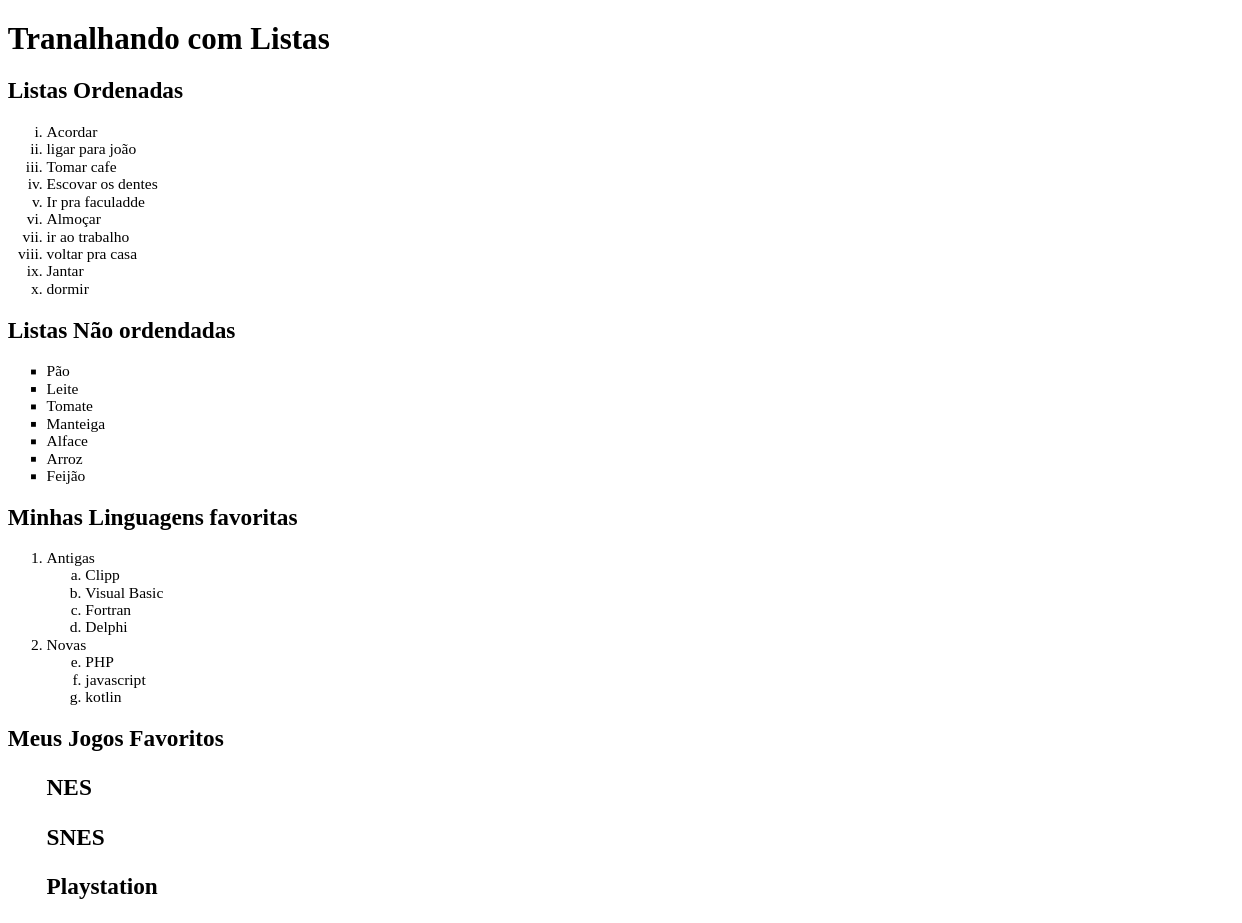
Repository: pheonix5/Estudo
Page: html-css/exercicios/ex009/index.html
The author's editor kept a copy of each file at every save. The page is drawn from the files as they stood at one save, then again after the next save.
The browser window is 1280 px wide. The pictures show the whole page, at 97% of full size.

Above is the page before, as saved 2023-08-01 22:31:28.

### html-css/exercicios/ex009/index.html
<!DOCTYPE html>
<html lang="pt-br">
<head>
  <meta charset="UTF-8">
  <meta name="viewport" content="width=device-width, initial-scale=1.0">
  <title>Listas</title>
</head>
<body>
  <h1>Tranalhando com Listas</h1>
  <h2>Listas Ordenadas</h2>

  <ol type="i"> <!-- 1 A a I i -->
    <li>Acordar</li>
    <li>ligar para joão</li>
    <li>Tomar cafe</li>
    <li>Escovar os dentes</li>
    <li>Ir pra faculadde</li>
    <li>Almoçar</li>
    <li>ir ao trabalho</li>
    <li>voltar pra casa</li>
    <li>Jantar</li>
    <li>dormir</li>
  </ol>

  <h2>Listas Não ordendadas</h2>
  <ul type="square"> <!-- disc circle square -->
    <li>Pão</li>
    <li>Leite</li>
    <li>Tomate</li>
    <li>Manteiga</li>
    <li>Alface</li>
    <li>Arroz</li>
    <li>Feijão</li>
  </ul>

  <h2>Minhas Linguagens favoritas </h2>
  <ol>
    <li>Antigas</li>
    <ol type="a">
      <li>Clipp</li>
      <li>Visual Basic</li>
      <li>Fortran</li>
      <li>Delphi</li>
    </ol>
    <li>Novas</li>
    <ol type="a" start="5">
      <li>PHP</li>
      <li>javascript</li>
      <li>kotlin</li>
    </ol>
  </ol>

  <h2>Meus Jogos Favoritos </body>
    <ol>NES</ol>
    <ol>SNES</ol>
    <ol>Playstation</ol>
</html>

After the next save:
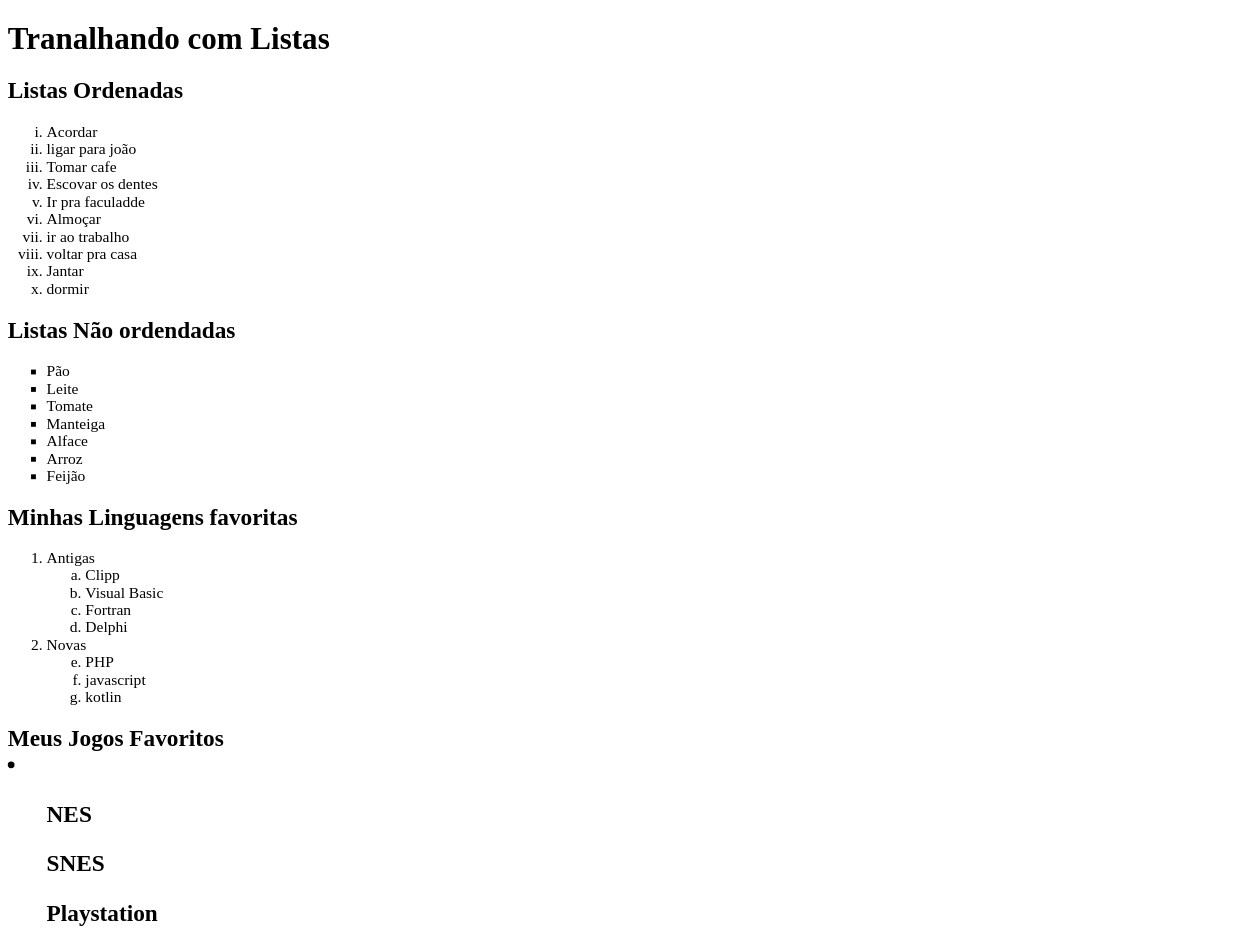
Saved 38 s later.
--- a/html-css/exercicios/ex009/index.html
+++ b/html-css/exercicios/ex009/index.html
@@ -51,7 +51,9 @@
   </ol>
 
   <h2>Meus Jogos Favoritos </body>
-    <ol>NES</ol>
+    <li>
+      <ol>NES</ol>
+    </li>
     <ol>SNES</ol>
     <ol>Playstation</ol>
 </html>
